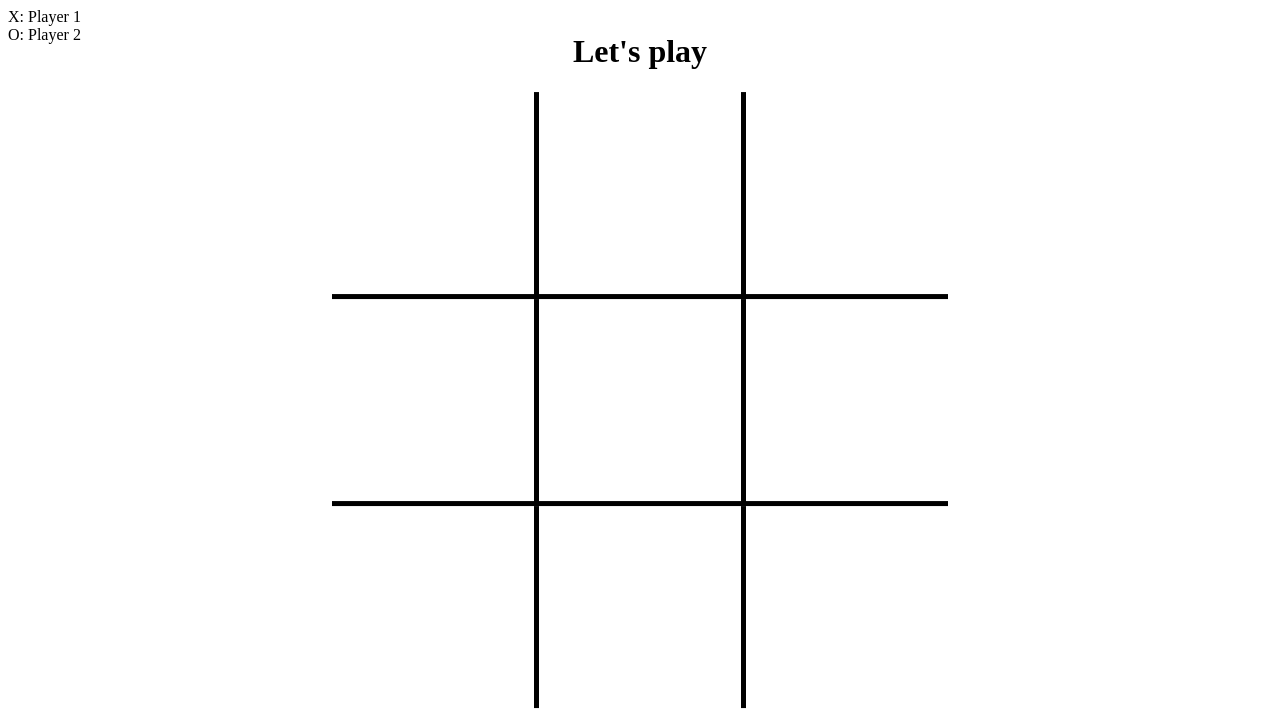
Repository: anas-essaguiar/epita.advancedWeb
Page: tictatoe/index.html
An editor plug-in stored every save of this project. The page is shown before and after the next save, followed by the edit.
The browser window is 1280 px wide. The pictures show the whole page.

Above is the page before, as saved 2021-04-14 15:36:48.

After the next save:
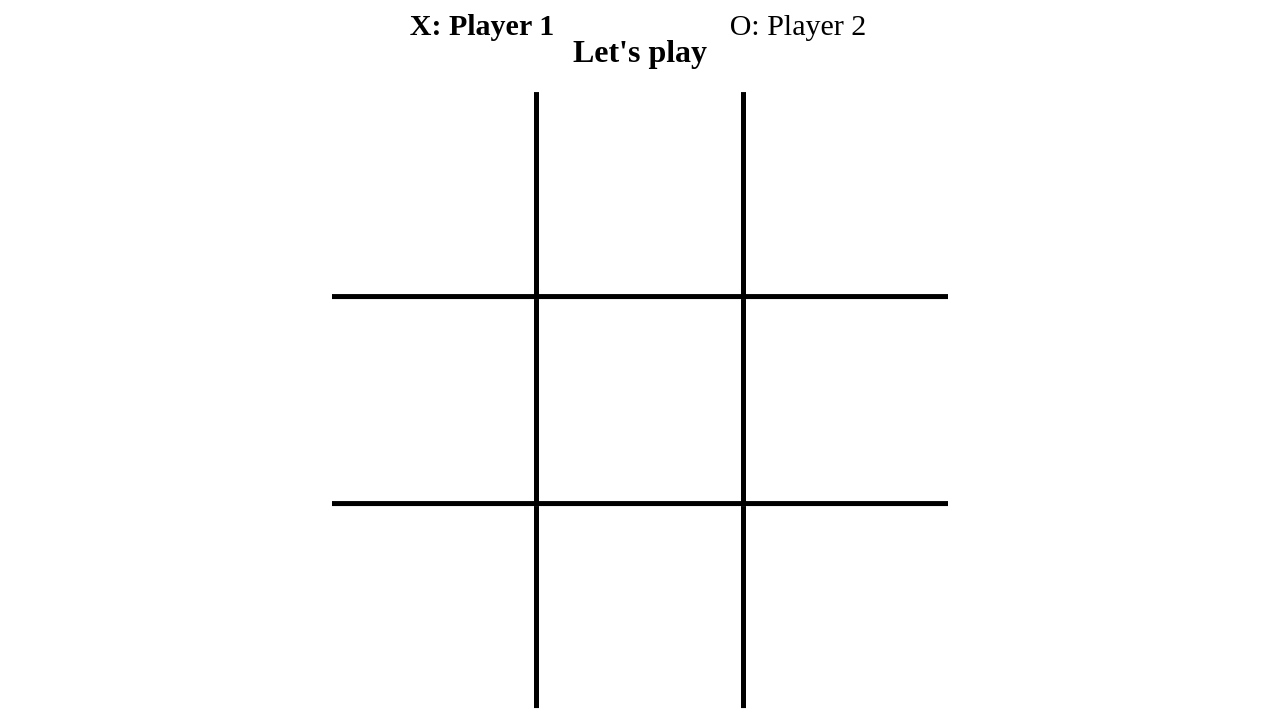
Saved 44 s later.
--- a/tictatoe/style.css
+++ b/tictatoe/style.css
@@ -5,6 +5,21 @@
     height: 200px;
 }
 
+#players {
+	display: flex;
+	width: 50%;
+	margin: auto;
+}
+
+.player {
+	width: 50%;
+	text-align: center;
+	font-size: 30px;
+}
+
+.player.active {
+	font-weight: bold;
+}
 
 #table1 {
     border-collapse: collapse;
